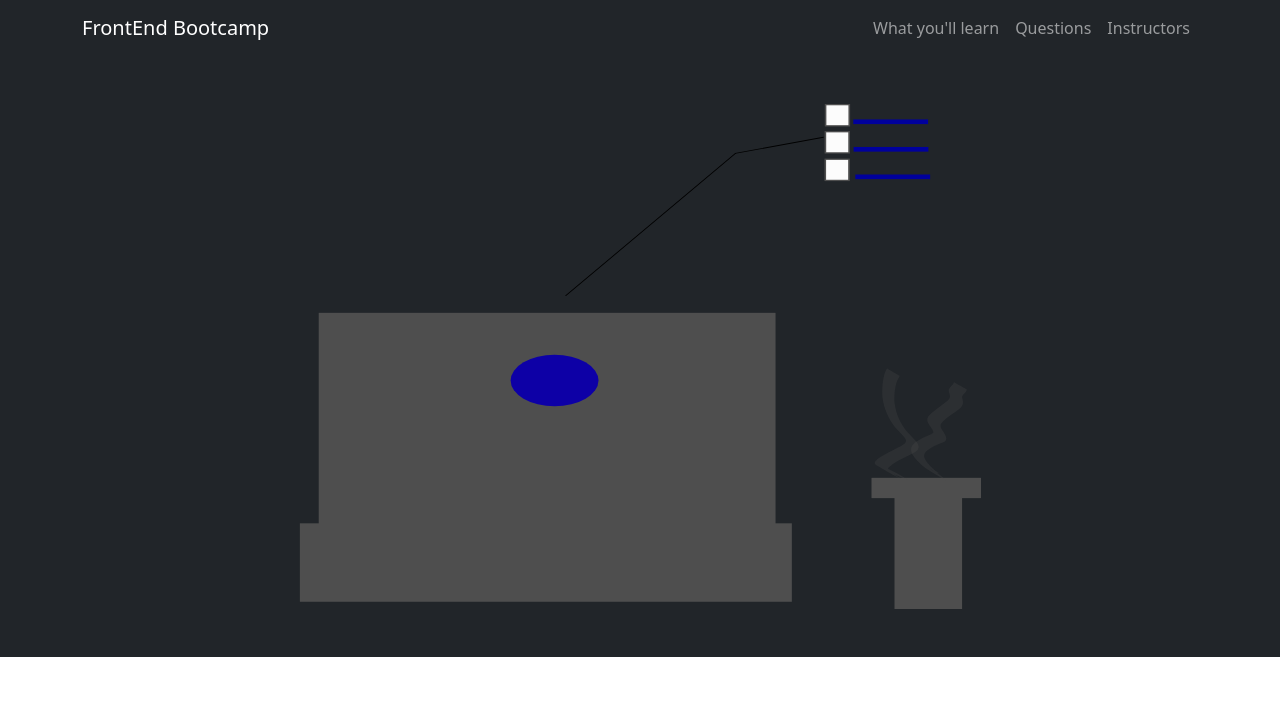
Repository: HaziimYassien/Front-End-BootCamp-__BootStrap-Project
Page: Front End BootCamp2/index.html
The author's editor kept a copy of each file at every save. The page is drawn from the files as they stood at one save, then again after the next save.
The browser window is 1280 px wide. The pictures show the whole page.

Above is the page before, as saved 2024-01-12 02:05:04.

After the next save:
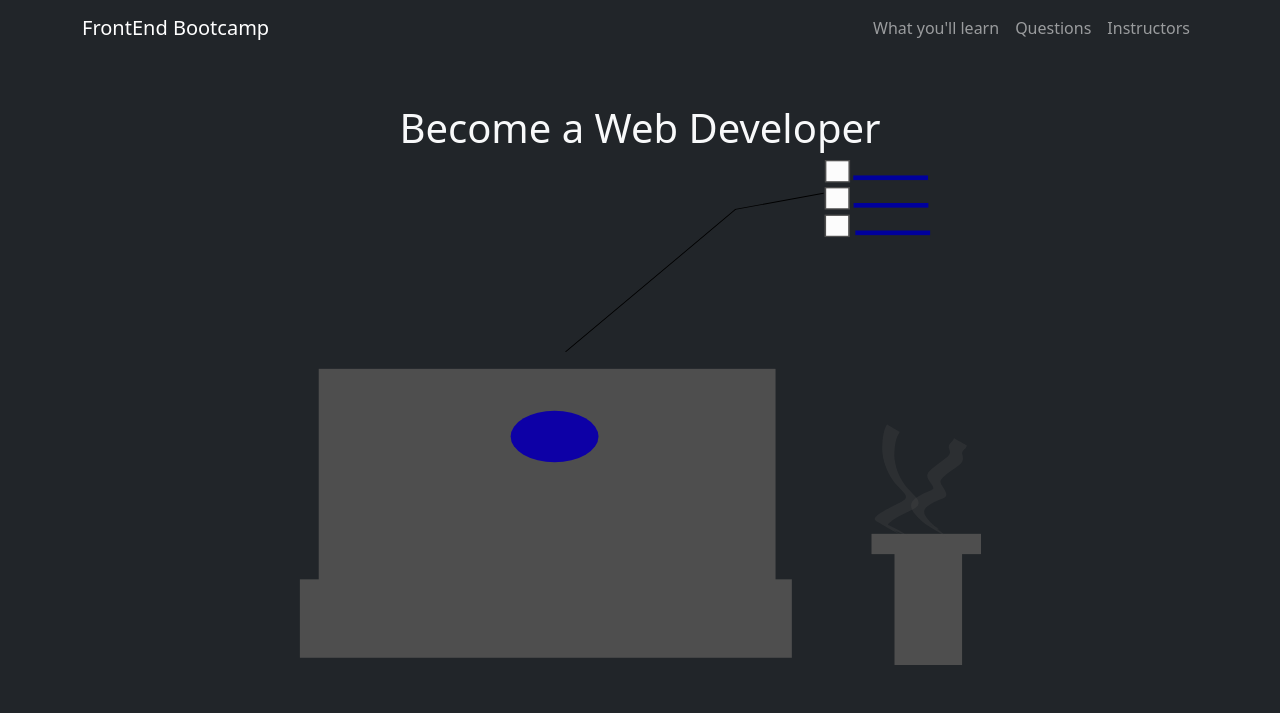
Saved 25 s later.
--- a/Front End BootCamp2/index.html
+++ b/Front End BootCamp2/index.html
@@ -46,7 +46,9 @@
     <section class="bg-dark text-light p-5 text-center">
       <div class="container">
         <div>
-          <div></div>
+          <div>
+            <h1>Become a Web Developer</h1>
+          </div>
           <img src="img/FirstImage_BootCampProject.svg" alt="" />
         </div>
       </div>
